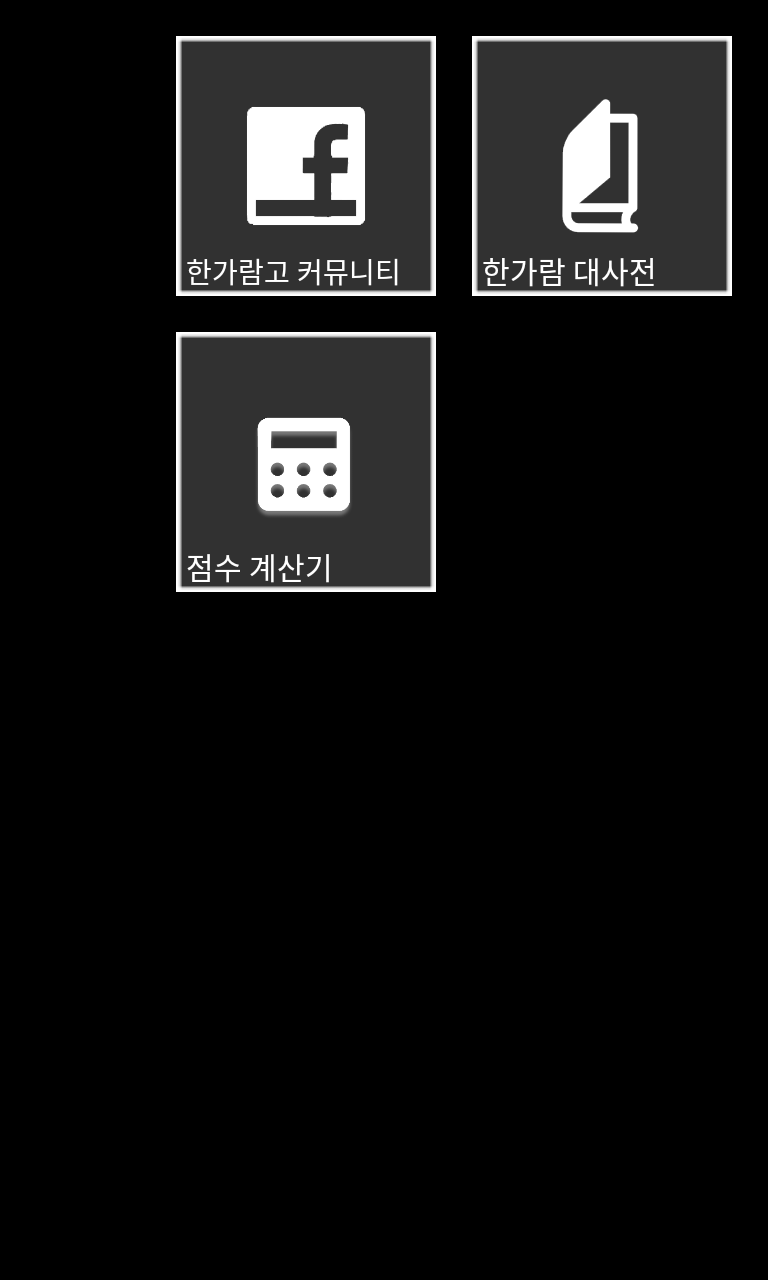
Repository: hgrateam/HangaramAPP_OLD-v2.0.6
Layout: HangaramAPP/res/layout/metro_view_menu2.xml
An editor plug-in stored every save of this project. The layout is shown before and after the next save, followed by the edit.
It is drawn on a 768 x 1280 px phone screen (xhdpi) without system bars, with theme android:Theme.Black.NoTitleBar; the app's code is not run.

Above is the layout before, as saved 2012-07-11 18:34:17.

After the next save:
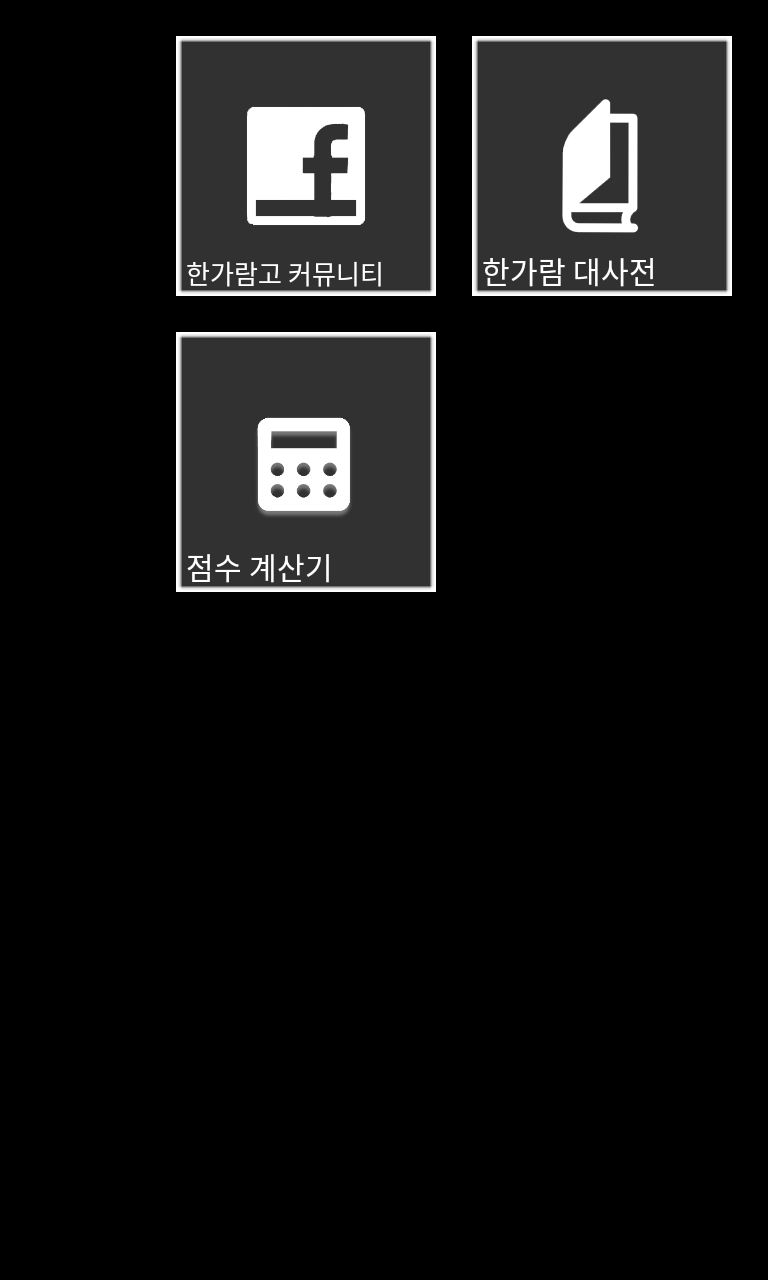
Saved 30 s later.
--- a/HangaramAPP/res/layout/metro_view_menu2.xml
+++ b/HangaramAPP/res/layout/metro_view_menu2.xml
@@ -81,7 +81,7 @@
                     android:layout_marginLeft="5dp"
                     android:text="@string/HGR_Community"
                     android:textAppearance="?android:attr/textAppearanceMedium"
-                    android:textSize="14dp" />
+                    android:textSize="13dp" />
 
                 <ImageView
                     android:layout_width="60dp"
